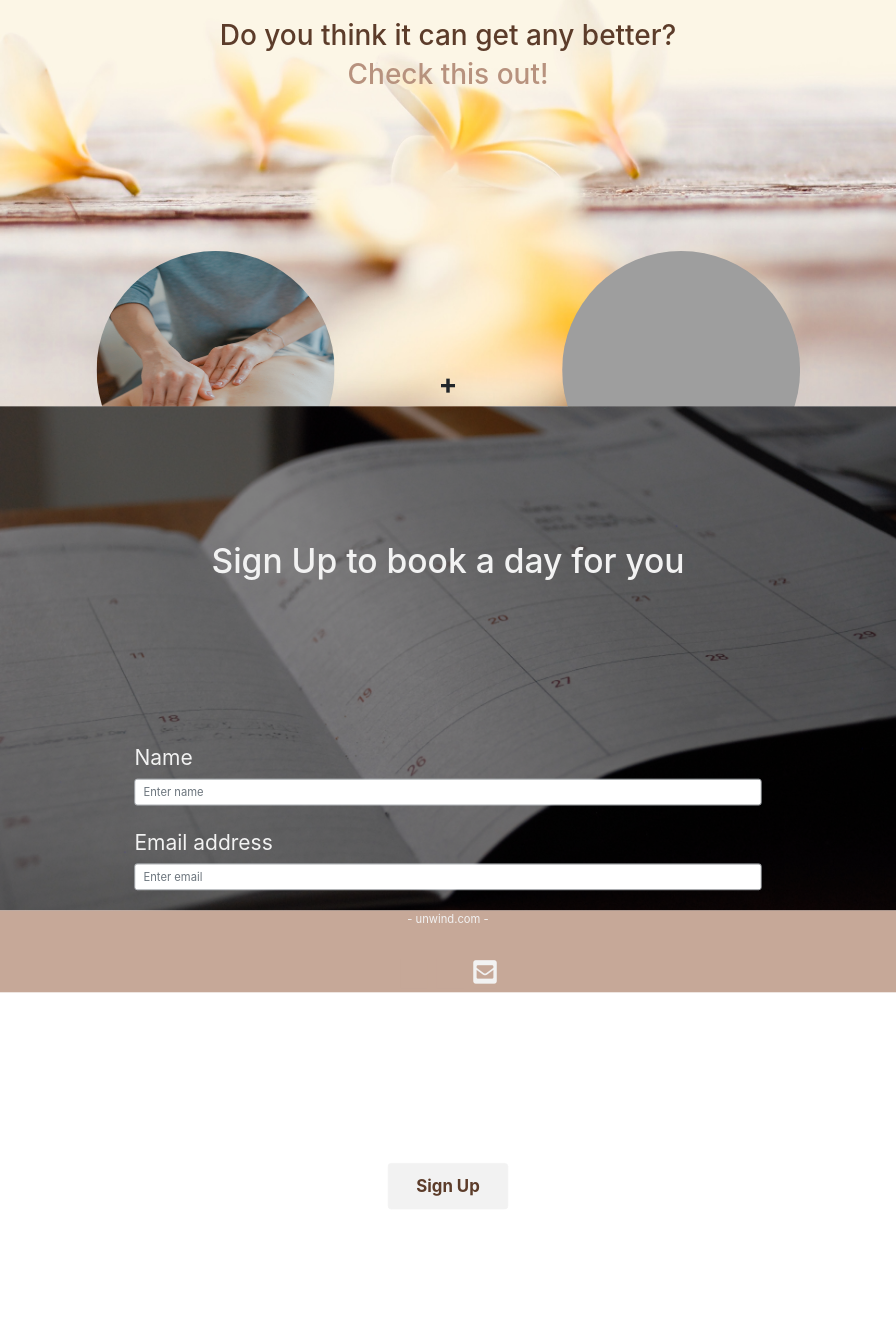
Repository: Code-Institute-Submissions/spa-website
Page: index.html
The author's editor kept a record of every edit. The page is drawn from the files as they stood at one moment, then again after the next edit.
The browser window is 1280 px wide. The pictures show the part of the page from y = 3101 to 5021 px (the page is 5021 px tall), at 70% of full size.
Pictures or frames that could not be fetched are drawn as grey boxes. An inner scrolling area shows only its first screen. Backgrounds fixed to the window are drawn as part of the page. Some web libraries are served in a nearby version.

Above is the page before.

After the next edit:
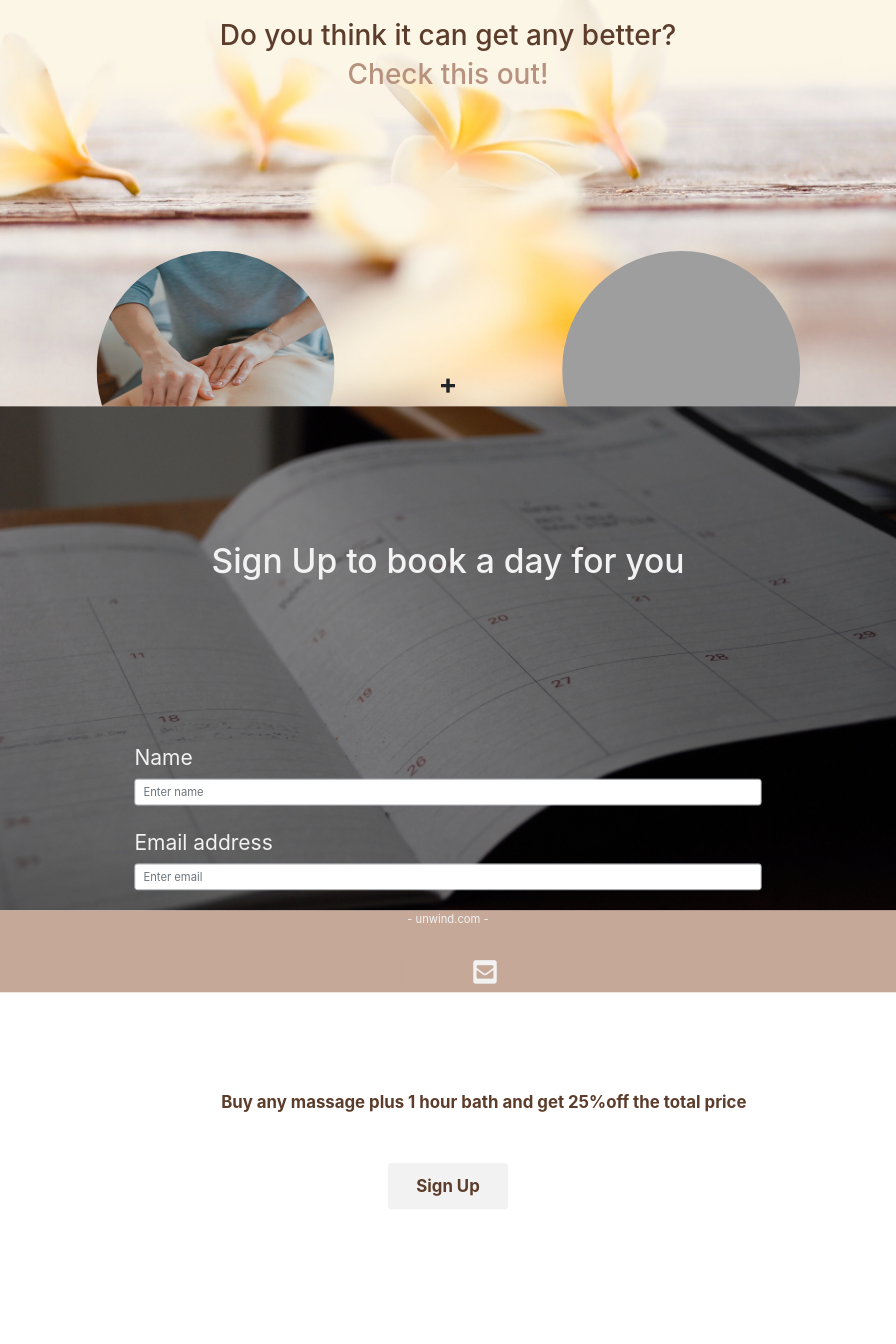
The edit:
--- a/index.html
+++ b/index.html
@@ -214,8 +214,9 @@
           <div class="col-sm-5">
             <img src="./images/bath.jpg" class="rounded-circle" alt="bath" width="280" height="280">
           </div>
-        </div>
-        <br />
+           <p id="bottom">Buy any massage plus 1 hour bath and get 25%off the total price</p>
+        </div>
+
       </div>
       <p id="bottom">Buy any massage plus 1 hour bath and get 25%off the total price</p>
     </div>
